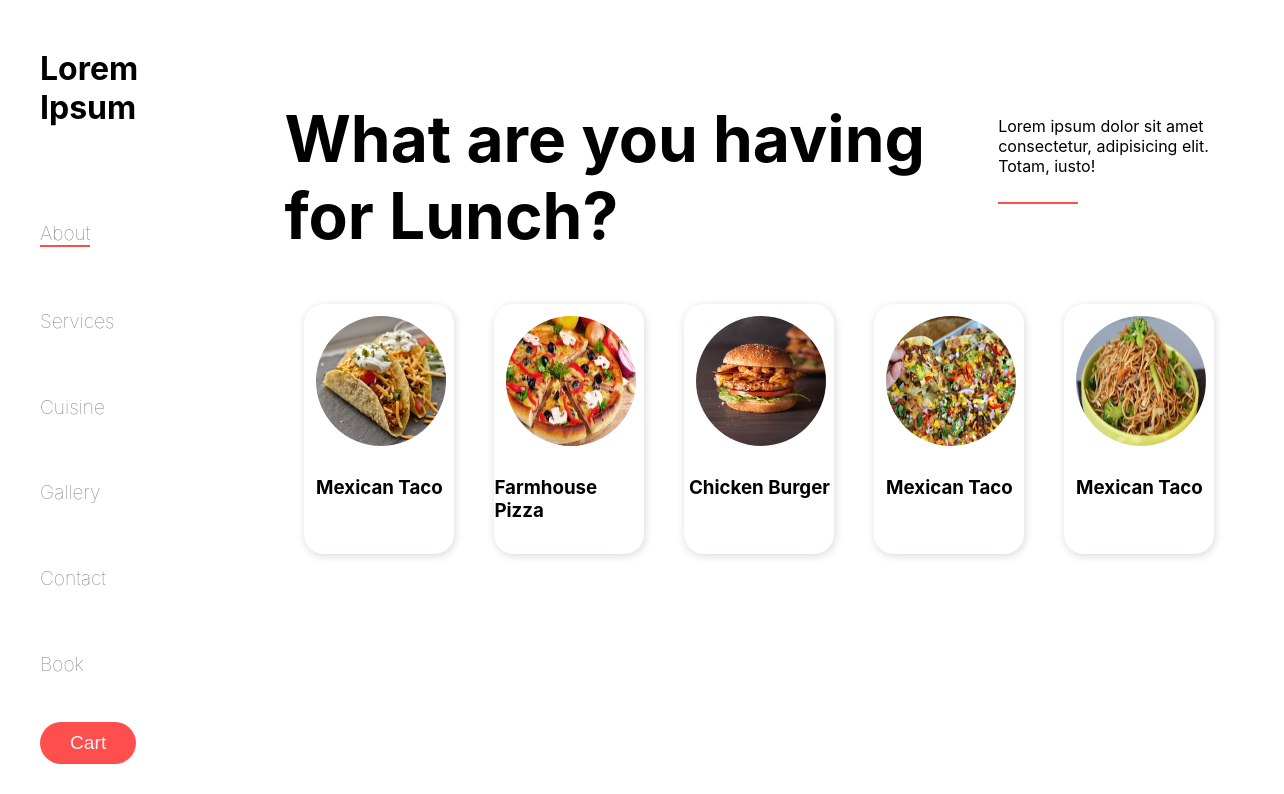
Repository: Marlstergo/assignment2
Page: /
An editor plug-in stored every save of this project. The page is shown before and after a run of saves, followed by the edit.
The browser window is 1280 px wide. The page is 1280 px wide, then 1284 px, so the pictures cover 1284 px, including what lies to the right of the window. The pictures show the whole page.
The project was rebuilt for these pictures with package versions that can differ from the ones it lists, and the page was loaded fresh each time.

Above is the page before, as saved 2021-07-27 03:31:12.

After the next 2 saves:
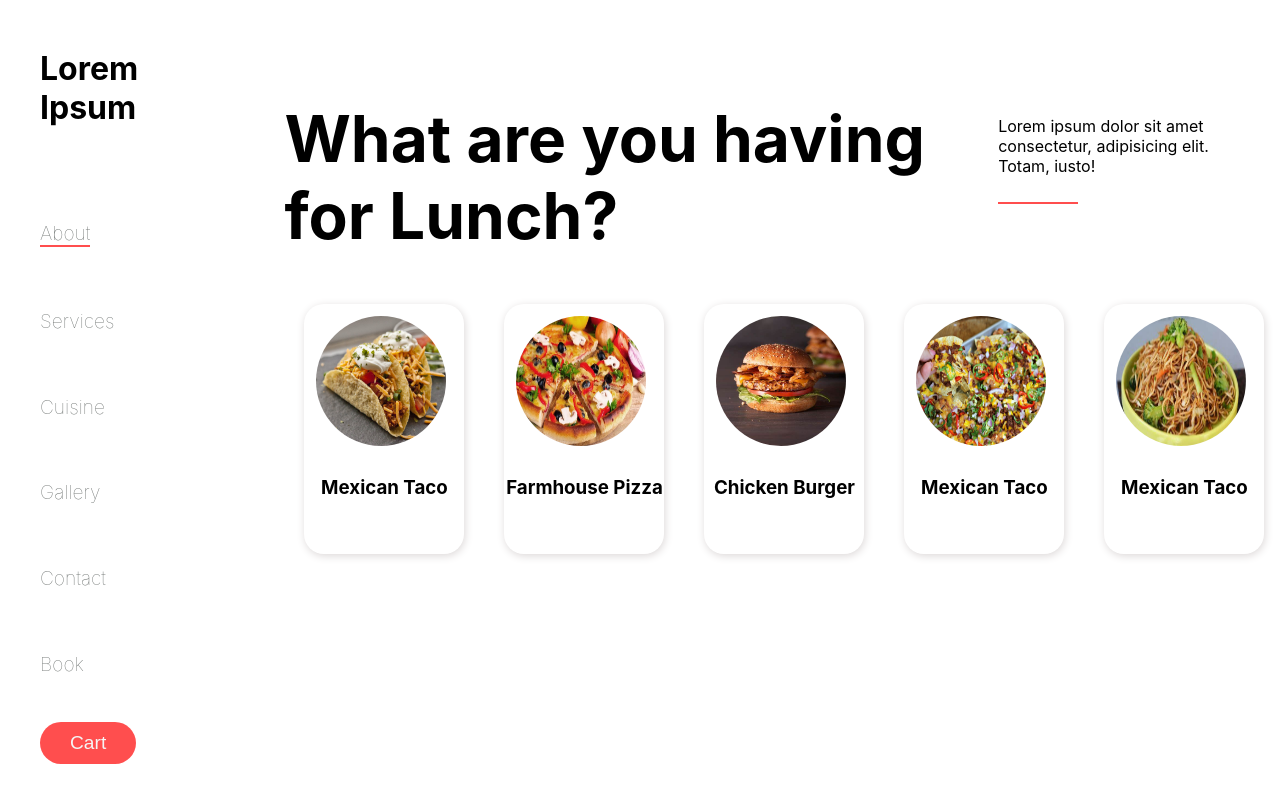
The 2 saves are shown as one change because they came seconds apart.
The last was saved 11 s later.
--- a/src/App.css
+++ b/src/App.css
@@ -135,7 +135,7 @@ h1{
   /* background-color: aqua; */
   border-radius: 20px;
   height: 250px;
-  width: 150px;
+  width: 160px;
   box-shadow: 1px 2px 8px rgb(220, 216, 216);
 }
 .cell h3{
